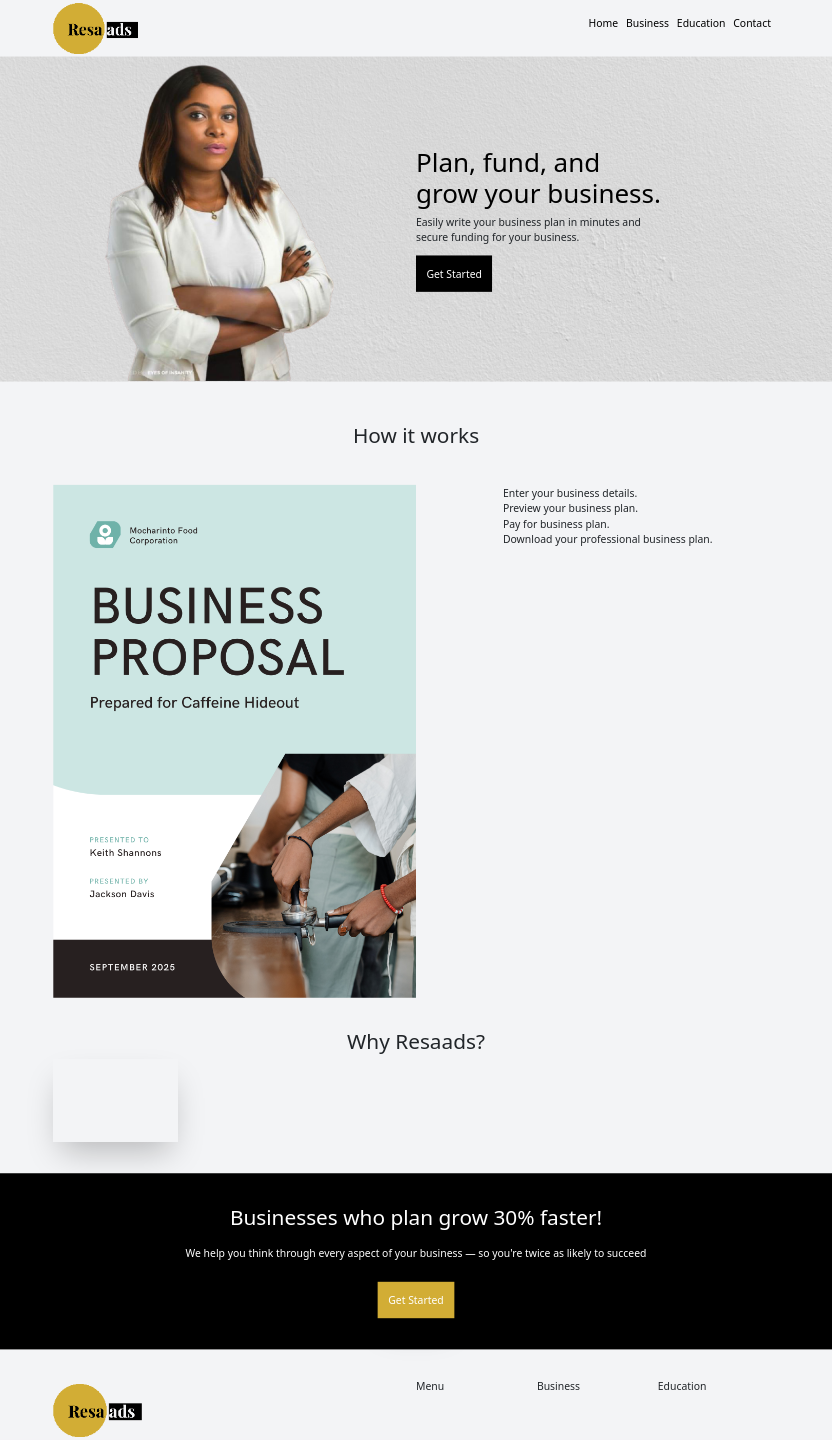
Repository: latenightsnacc/resaads-consults
Page: index.html
An editor plug-in stored every save of this project. The page is shown before and after the next save, followed by the edit.
The browser window is 1280 px wide. The pictures show the whole page, at 65% of full size.
Some web libraries are served in a nearby version.

Above is the page before, as saved 2021-08-05 12:04:11.

After the next save:
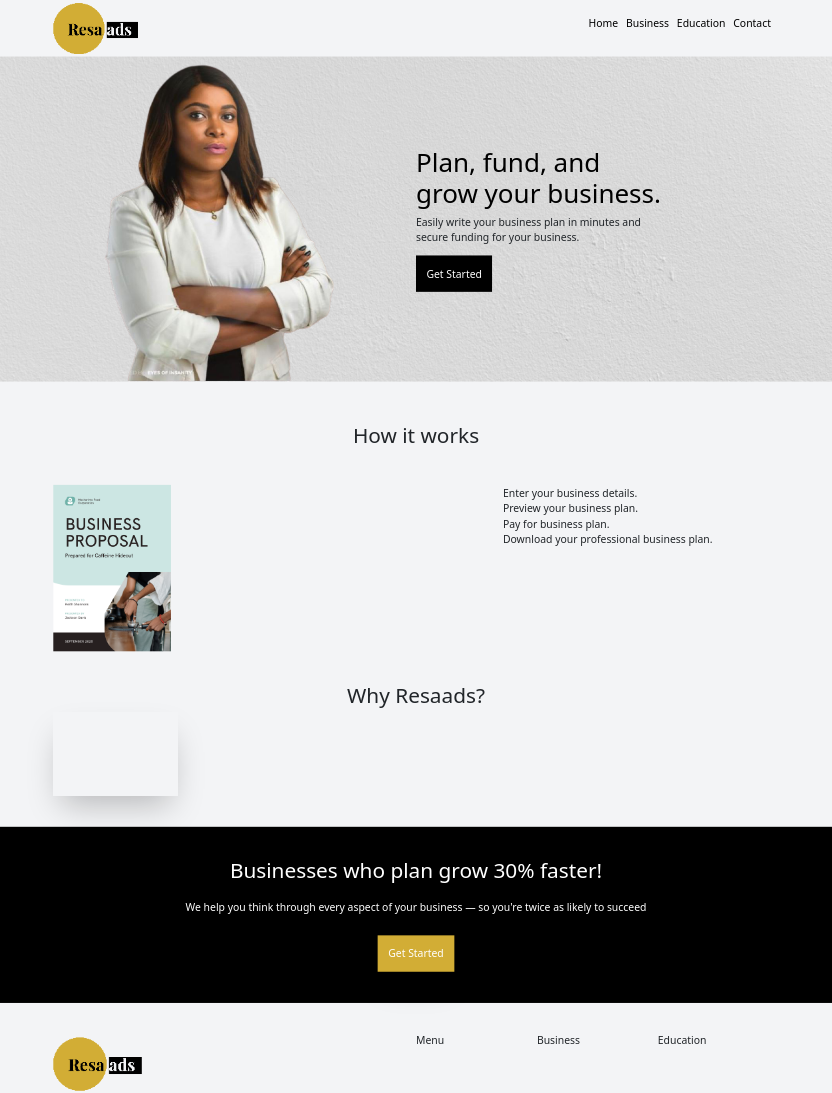
Saved 48 s later.
--- a/index.html
+++ b/index.html
@@ -82,10 +82,13 @@
                 <h2 class="text-center pt-3 pb-5">How it works</h2>
                 <div class="flex flex-row">
                     <div class="w-1/2">
-                        <img src="assets/images/Businessplan.png" alt="">
+                        <div class="h-64">
+                            <img class="h-full" src="assets/images/Businessplan.png" alt="">
+                        </div>
+
                     </div>
                     <div class="w-1/2 ">
-                        <div class="flex flex-col items-center">
+                        <div class="flex flex-col items-center justify-center">
                             <ol>
                                 <li>Enter your business details.</li>
                                 <li>Preview your business plan.</li>
